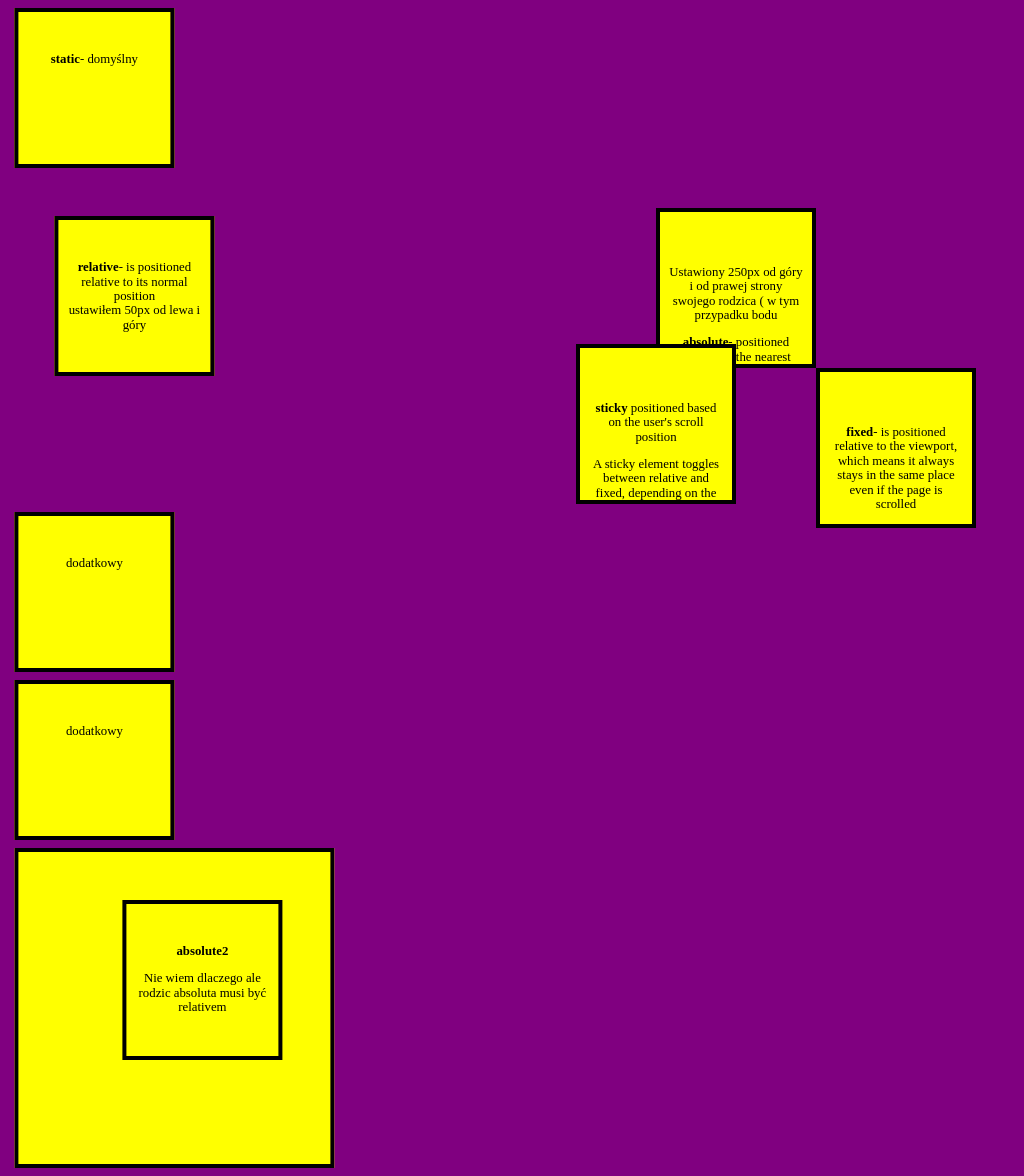
Repository: quenrythane/homepage
Page: CSS positions/CSS-positions.html
These files come from the project's save history. The page is drawn as it stood at one moment and after the next save; the edit follows.
The browser window is 1280 px wide. The pictures show the whole page, at 80% of full size.

Above is the page before, as saved 2020-10-11 04:20:35.

### CSS positions/CSS-positions.html
<!DOCTYPE html>
<html lang="en">
<head>
    <meta charset="UTF-8">
    <meta name="viewport" content="width=device-width, initial-scale=1.0">
    <title>CSS-positions</title>
    <link href="CSS-positions.css " rel="stylesheet" type="text/css">
</head>
<body >
    <div class="box static"><b>static</b>- domyślny</div>
    <div class="box relative"><b>relative</b>- is positioned relative to its normal position<br>
    ustawiłem 50px od lewa i góry</div>
    <div class="box fixed">
        <p><b>fixed</b>- is positioned relative to the viewport, which means it always stays in the same place even if the page is scrolled</p>
        <p>A fixed element does not leave a gap in the page where it would normally have been located</p>
        <p> Czyli ogólnie strona załaduje go w to miejsce jakby strona normalnie się ładowała i na koniec tak jakby przy klei go w to miejsce na ekranie, przez co nawet jak będziemy przewijać stronę to zostanie w tym samym miejscu ekranu (nie zmieni miejsca ani w wysokości ani w szerokośći)</p>
        <p> Chyba, że nadamy mu miejsce w którym ma się znaleźć, wtedy tak jakby nie jest brany pod uwagę w wstępnym layoucie strony, tylko dodawany na sam koniec (ja go ustawię w miejsce w prawym rogu po 50px od krawędzi)</p>
    </div>
    <div class="box absolute">
        <p>Ustawiony 250px od góry i od prawej strony swojego rodzica ( w tym przypadku bodu</p>
        <p><b>absolute</b>- positioned relative to the nearest positioned ancestor (instead of positioned relative to the viewport, like fixed).</p>

       <p> However; if an absolute positioned element has no positioned ancestors, it uses the document body, and moves along with page scrolling.</p>
       <p><b>Nie wiem czemu ale rodzic absoluta musi być relativem bo inaczej działa źle?</b></p>
        </div>
    <div class="box sticky">
        <p><b>sticky</b> positioned based on the user's scroll position</p>
        <p>A sticky element toggles between relative and fixed, depending on the scroll position. It is positioned relative until a given offset position is met in the viewport - then it "sticks" in place (like position:fixed</p>
        <p>koniecznie musisz napisać w którym momencie top ma się przykleić</p>

    </div>

    <div class="box">dodatkowy</div>
    <div class="box">dodatkowy</div>
    <div class="box box2">
        <div class="box absolute2">
            <b>absolute2</b>
            <p>Nie wiem dlaczego ale rodzic absoluta musi być relativem</p>
        </div>
    </div>

</body>
</html>

### CSS positions/CSS-positions.css
body {
    background: purple;
}

.box{
    box-sizing: border-box;
    background: yellow;
    width: 200px;
    height: 200px ;
    margin: 10px;
    text-align: center;
    padding: 10px ;
    padding-top: 50px;
    border: solid black 5px;
    overflow: scroll;
}

.box2 {
    position: relative;
    width: 400px;
    height: 400px;
}

.static{
    position: static;
}

.relative{
    position: relative;
    left: 50px;
    top: 50px;
}

.fixed{
    position: fixed;
    right: 50px;
    bottom: 50px;
}

.absolute{
    position: absolute;
    right: 250px;
    top: 250px;
}

.absolute2 {
    position: absolute;
    top: 50px;
    right: 50px;
}

.sticky{

    top: 100px;
    left: 100vh;
    position: sticky;
}

After the next save:
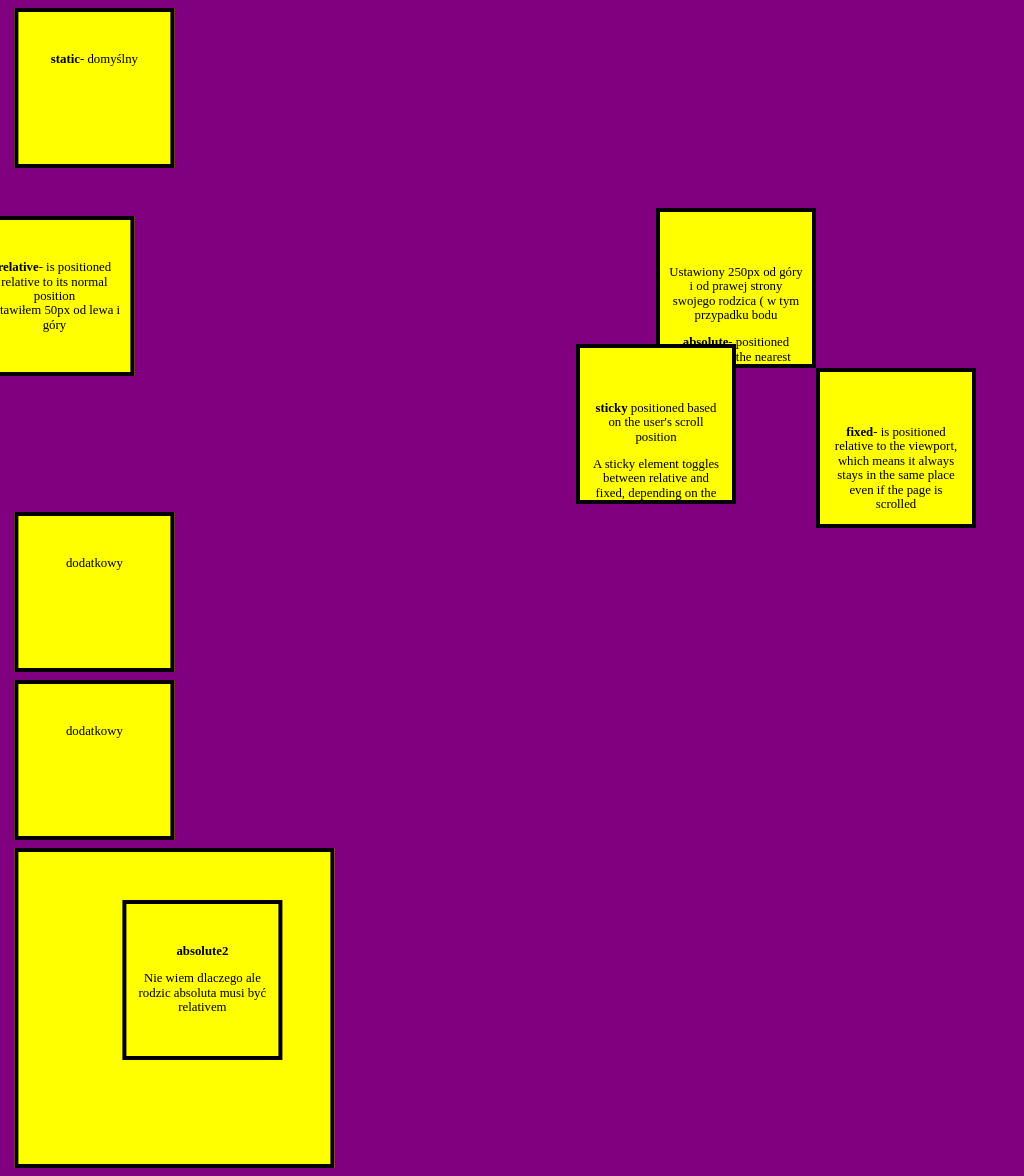
Saved 17 s later.
--- a/CSS positions/CSS-positions.css
+++ b/CSS positions/CSS-positions.css
@@ -27,7 +27,7 @@
 
 .relative{
     position: relative;
-    left: 50px;
+    right: 50px;
     top: 50px;
 }
 

After the save that followed:
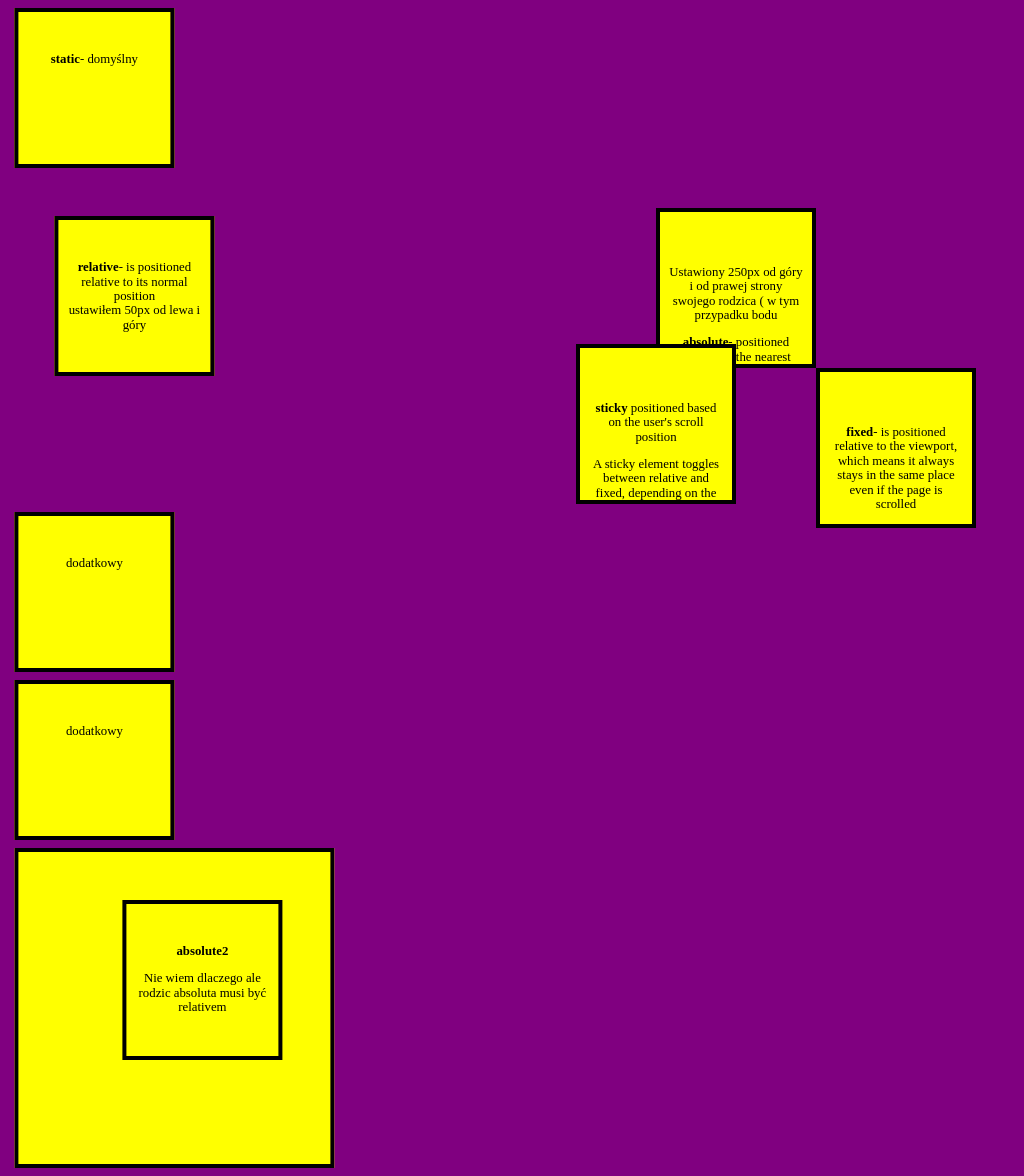
Saved 15 s later.
--- a/CSS positions/CSS-positions.css
+++ b/CSS positions/CSS-positions.css
@@ -27,7 +27,7 @@
 
 .relative{
     position: relative;
-    right: 50px;
+    left: 50px;
     top: 50px;
 }
 
